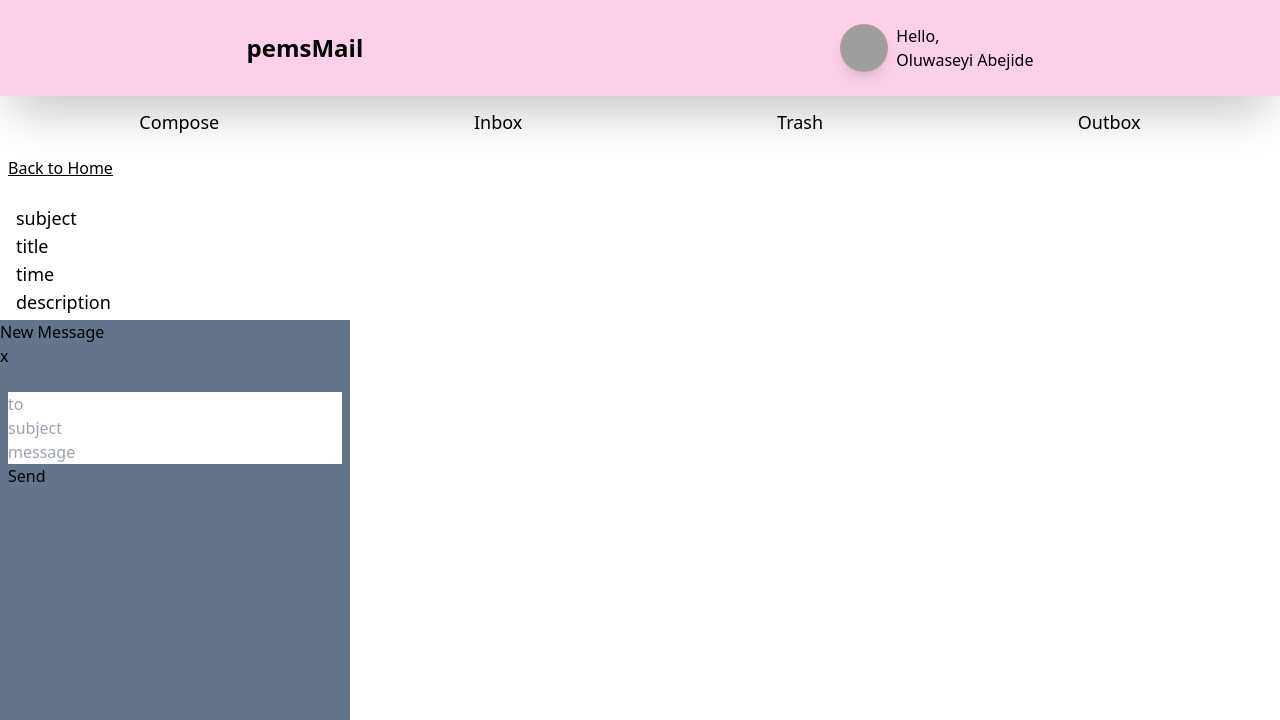
Repository: Semanmernstack/mailclone
Page: /mail
These files come from the project's save history. The page is drawn as it stood at one moment and after the next save; the edit follows.
The browser window is 1280 px wide. The pictures show the whole page.
Pictures or frames that could not be fetched are drawn as grey boxes. The project was rebuilt for these pictures with package versions that can differ from the ones it lists, and the page was loaded fresh each time. Also part of the build but not shown: src/features/counter/Counter.module.css, src/features/counter/Counter.js, src/OpenRow.js, src/Open.js.

Above is the page before, as saved 2023-01-16 03:55:03.

After the next save:
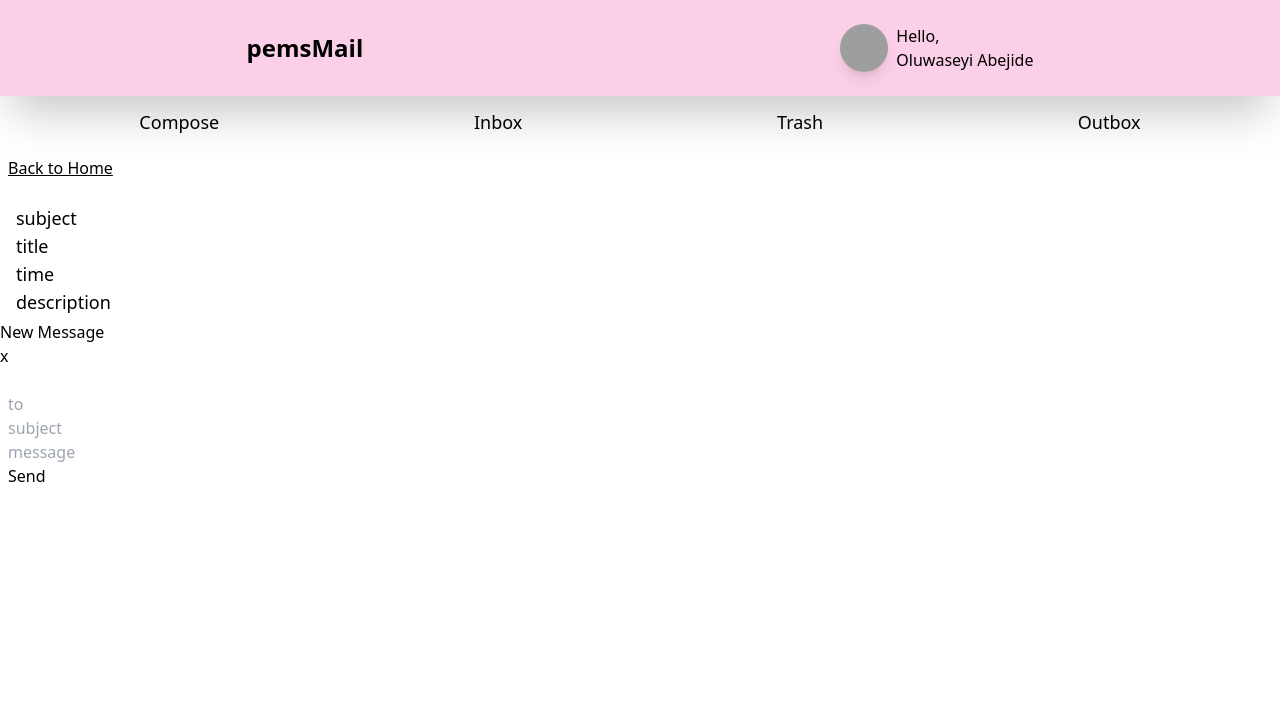
Saved 42 s later.
--- a/src/SendMail.js
+++ b/src/SendMail.js
@@ -5,7 +5,7 @@ function SendMail() {
     const { register, handleSubmit, formState: { errors } } = useForm();
     const onSubmit = (formData) => {}
   return (
-    <div className=" flex absolute bottom-0 flex-col max-width-[350px] h-[400px] w-[350px] bg-slate-500">
+    <div className=" flex absolute bottom-0 flex-col max-width-[350px] h-[400px] w-[350px] ">
             <div className=" ">
                 <h3>New Message</h3>
                 <button   >x</button>
